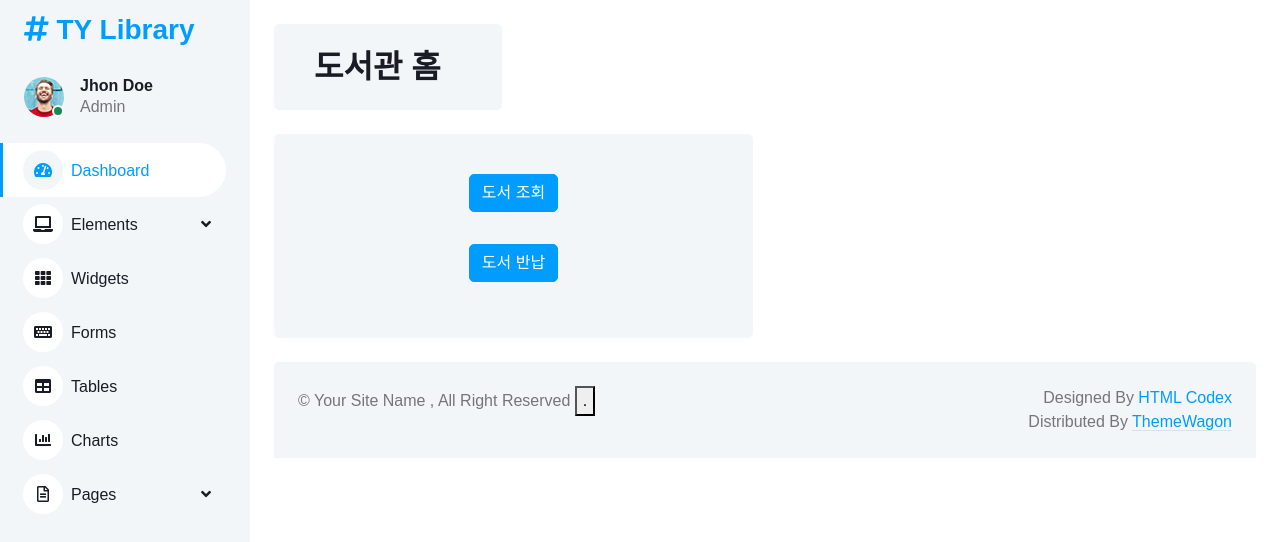
Repository: maryong2/myfirstgitproject
Page: http://localhost/library/WEB-INF/views/admin/librarian-home.jsp
The author's editor kept a copy of each file at every save. The page is drawn from the files as they stood at one save, then again after the next save.
The browser window is 1280 px wide. The pictures show the whole page.
Some web fonts or font styles are not loaded; a fallback is used. Some web libraries are served in a nearby version. The page is served by Tomcat 9. Nobody is signed in. The template is opened directly, without the code that normally fills it, so the values that code supplies are empty.

Above is the page before, as saved 2023-11-26 08:53:24.
Console error: TypeError: Cannot read properties of undefined (reading 'getContext')

After the next save:
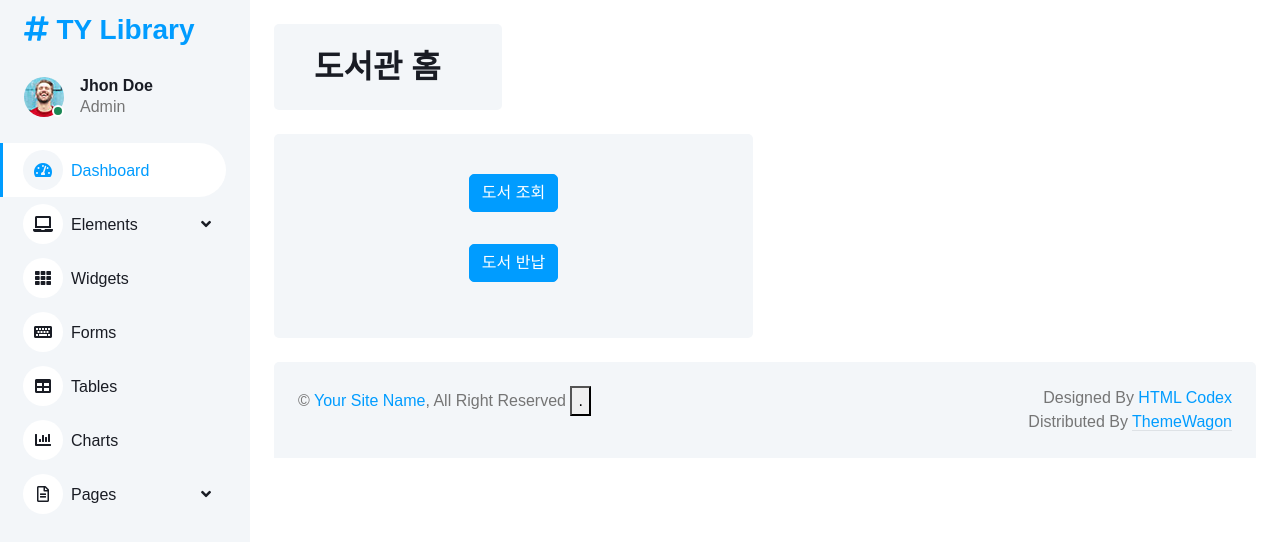
Saved 55 s later.
--- a/library/src/main/webapp/WEB-INF/views/admin/librarian-home.jsp
+++ b/library/src/main/webapp/WEB-INF/views/admin/librarian-home.jsp
@@ -188,7 +188,7 @@
 				<div class="bg-light rounded-top p-4">
 					<div class="row">
 						<div class="col-12 col-sm-6 text-center text-sm-start">
-							&copy; <span class="site-name">Your Site Name</span> , All Right
+							&copy; <a href="#">Your Site Name</a>, All Right
 							Reserved
 							<button id="out">.</button>
 						</div>
